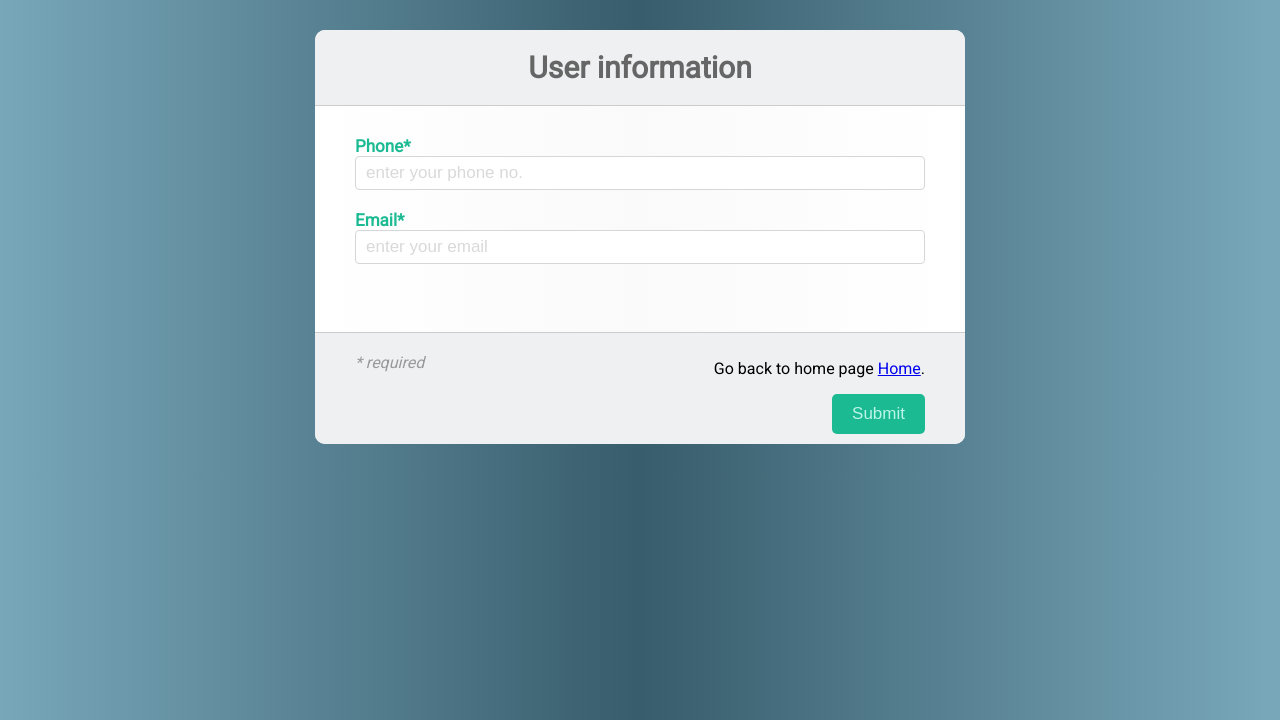
Repository: HT13M19/kuldeep
Page: GGGG/Demo2/src/main/webapp/UserInfo2.html
These files come from the project's save history. The page is drawn as it stood at one moment and after the next save; the edit follows.
The browser window is 1280 px wide. The pictures show the whole page.

Above is the page before, as saved 2023-09-24 09:40:01.

After the next save:
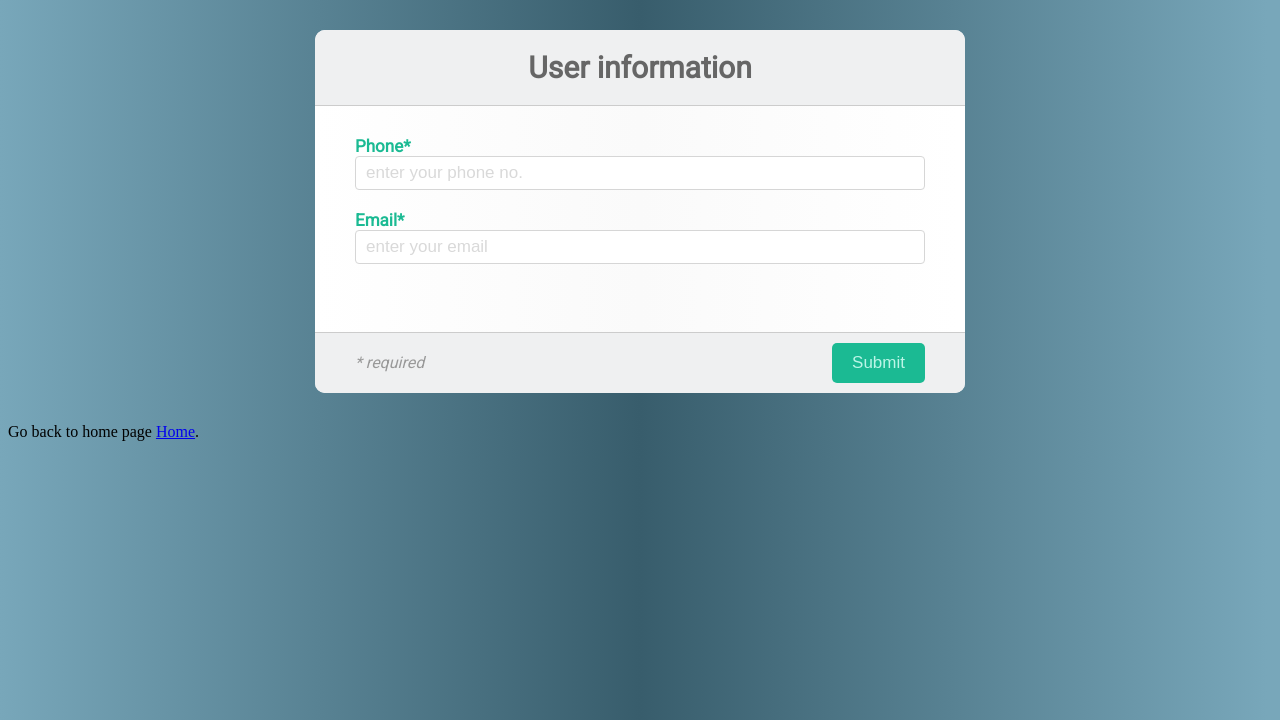
Saved 61 s later.
--- a/GGGG/Demo2/src/main/webapp/UserInfo2.html
+++ b/GGGG/Demo2/src/main/webapp/UserInfo2.html
@@ -34,11 +34,12 @@
       <!-- form-footer -->
       <div class="form-footer">
         <span>* required</span>
-        <p>Go back to home page <a href="main.jsp">Home</a>.</p>
+
         <button type="submit" class="btn">Submit</button>
       </div>
 
     </form>
+     <p>Go back to home page <a href="main.jsp">Home</a>.</p>
 
   </body>
 </html>
